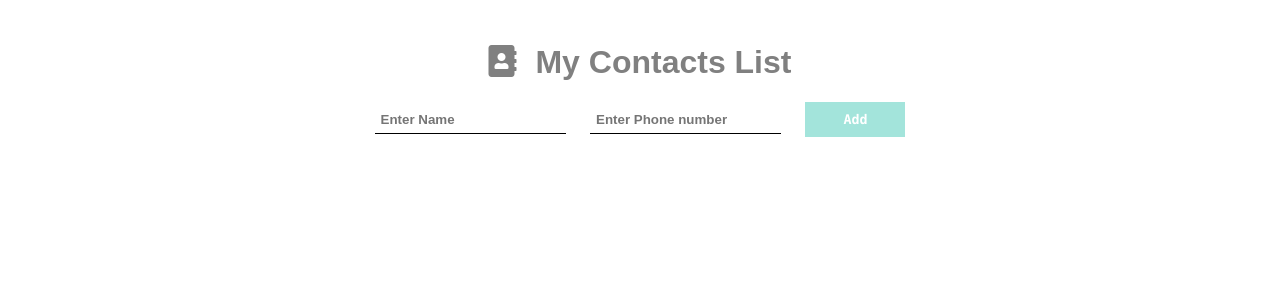
Repository: Sayan-100/Contact-List
Page: http://localhost/
These files come from the project's save history. The page is drawn as it stood at one moment and after a run of saves; the edit follows.
The browser window is 1280 px wide. The pictures show the whole page.
The pointer rests on the first visible `button`.
Some web libraries are served in a nearby version. The page is served by the project's Node server (index.js). Queries for data that is not in the repository find no rows.

Above is the page before, as saved 2022-01-09 22:06:17.

After the next 2 saves:
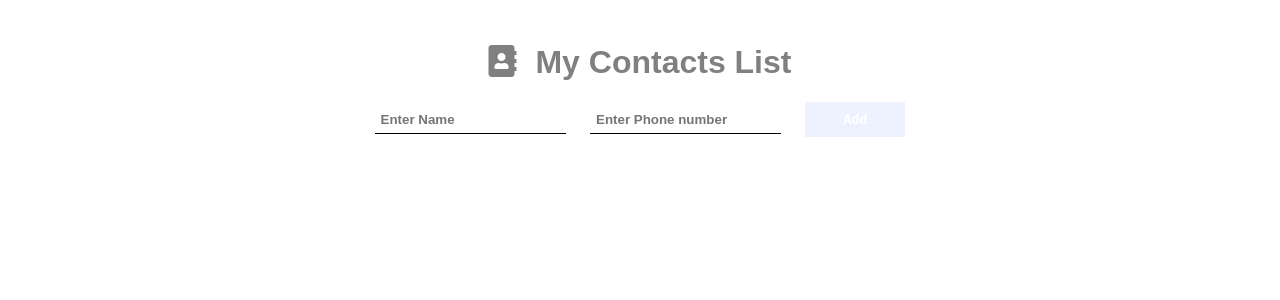
The 2 saves are shown as one change because they came seconds apart.
The last was saved 46 s later.
--- a/assets/css/home.css
+++ b/assets/css/home.css
@@ -48,7 +48,7 @@
     }
 
     button:hover {
-        background-color: #A3E4DB
+        background-color: #EEF2FF;
     }
 
     p {
